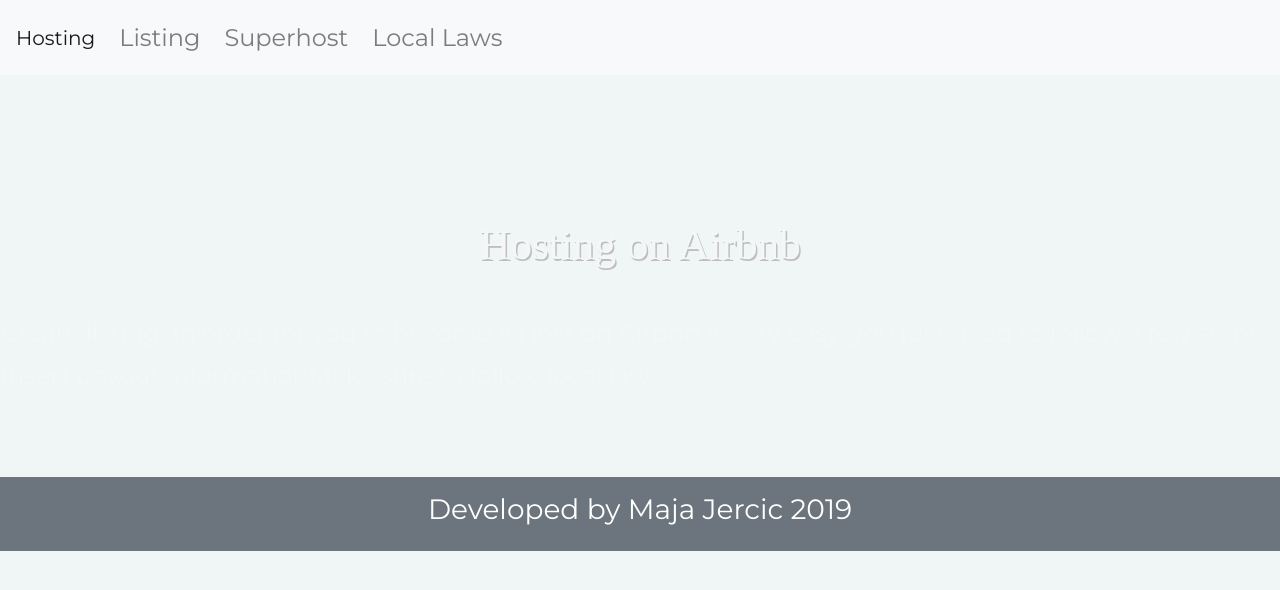
Repository: Maja-Jer/Hosting-on-Airbnb
Page: index.html
The author's editor kept a record of every edit. The page is drawn from the files as they stood at one moment, then again after the next edit.
The browser window is 1280 px wide. The pictures show the whole page.
Some web libraries are served in a nearby version.

Above is the page before.
Console error: TypeError: Cannot read properties of undefined (reading 'fn')

### index.html
<!DOCTYPE html>
<html lang="en">

<head>
    <meta charset="UTF-8">
    <meta name="viewport" content="width=device-width, initial-scale=1">
    <meta http-equiv="X-UA-Compatible" content="ie=edge">
    <link rel="stylesheet" href="https://stackpath.bootstrapcdn.com/bootstrap/4.3.1/css/bootstrap.min.css" integrity="sha384-ggOyR0iXCbMQv3Xipma34MD+dH/1fQ784/j6cY/iJTQUOhcWr7x9JvoRxT2MZw1T" crossorigin="anonymous">
    <script src="https://stackpath.bootstrapcdn.com/bootstrap/4.3.1/js/bootstrap.min.js" integrity="sha384-JjSmVgyd0p3pXB1rRibZUAYoIIy6OrQ6VrjIEaFf/nJGzIxFDsf4x0xIM+B07jRM" crossorigin="anonymous"></script>
    <link rel="stylesheet" href="https://use.fontawesome.com/releases/v5.6.1/css/all.css" integrity="sha384-gfdkjb5BdAXd+lj+gudLWI+BXq4IuLW5IT+brZEZsLFm++aCMlF1V92rMkPaX4PP" crossorigin="anonymous">
    <link href="https://fonts.googleapis.com/css?family=Montserrat" rel="stylesheet">
    <link rel="stylesheet" href="style.css" type="text/css" />
    <title>Hosting on Airbnb</title>
</head>

<body>

    <!---------------Navgation-------->
    <nav class="navbar navbar-light bg-light navbar-expand-sm">
         <a href="/" class="navbar-brand">Hosting</a>

        <!---------------Dropdown menu-------->
        <button class="navbar-toggler ml-auto" type="button" data-toggle="collapse" data-target="#navbarNavDropdown" aria-controls="navbarNavDropdown" aria-expanded="false" aria-label="Toggle navigation">
        <span class="navbar-toggler-icon"></span></button>

        <div class="collapse navbar-collapse" id="navbarNavDropdown">
            <ul class="navbar-nav mr-auto">
                <li class="nav-item mr-2"><a class="nav-link" href="#listing">Listing</a></li>
                <li class="nav-item mr-2"><a class="nav-link" href="#superhost">Superhost</a></li>
                <li class="nav-item mr-2"><a class="nav-link" href="#local-laws">Local Laws</a></li>

            </ul>
        </div>

    </nav>


<main>
    <section class= "wrapper">
        <div class="container-fluid p-0">
            <div class="row justify-content-center">
                <header>
                    <h1 class="text-center mt-4">Hosting on Airbnb</h1>
                </header>
                <ul>
                    In order for you to become a Host on Airbnb is very easy, you just need to follow a few steps:
                    <li>Create listing</li>
                    <li>Insert payout information</li>
                    <li>Make sure to follow local laws</li>
                </ul>
            </div>
        </div>

    </section>



</main>
<footer class= "bg-secondary mt-5 p-3">
    <div class= "container-fluid">
        <div class= "col-12 text-white">
            <h3>Developed by Maja Jercic 2019</h3>
        </div>
    </div>

</footer>




    <script src="https://code.jquery.com/jquery-3.3.1.slim.min.js" integrity="sha384-q8i/X+965DzO0rT7abK41JStQIAqVgRVzpbzo5smXKp4YfRvH+8abtTE1Pi6jizo" crossorigin="anonymous"></script>
    <script src="https://cdnjs.cloudflare.com/ajax/libs/popper.js/1.14.7/umd/popper.min.js" integrity="sha384-UO2eT0CpHqdSJQ6hJty5KVphtPhzWj9WO1clHTMGa3JDZwrnQq4sF86dIHNDz0W1" crossorigin="anonymous"></script>

    </div>
    </main>
    <script src="https://stackpath.bootstrapcdn.com/bootstrap/4.3.1/js/bootstrap.min.js" integrity="sha384-JjSmVgyd0p3pXB1rRibZUAYoIIy6OrQ6VrjIEaFf/nJGzIxFDsf4x0xIM+B07jRM" crossorigin="anonymous"></script>



</body>

</html>

### style.css
article, aside, figcaption, figure, footer, header, hgroup, main, nav, section {
    display: block;
}

body {
  font: 20px Montserrat, sans-serif;
  line-height: 1.8;
  color: #f5f6f7;
  background-color: #f0f5f5;
  text-align: center;
  font-weight: 400;

}

/*----------------------- header*/

head {
  font-family: 'Roboto', sans-serif;
}



/*----------------------navigation bar*/

ul {
  list-style-type: none;
  margin: 0;
  padding: 0;
  overflow: hidden;
  font-weight: normal;
  font-size: 24px;
}

li {
  float: left;
}

navbar {
  color: #FF5A5F;

}

li a {
  display: block;
  color: white;
  text-align: center;
  padding: 14px 16px;
  text-decoration: none;

}

li a:hover {
  background-color: #FF5A5F;
  color: white;
  text-decoration: none;
  font-weight: bold;
}

/*---------------------end of navigation bar*/


/*---------------------main*/
.wrapper {
    padding: 1rem 1rem 2rem 1rem;
    margin-top: 56px;
}

.p-0 {
    padding: 0!important;
}

.container-fluid {
    width: 100%;
    padding-right: 15px;
    padding-left: 15px;
    margin-right: auto;
    margin-left: auto;
}

.row {
    margin: 0;
}

.justify-content-center {
    -ms-flex-pack: center!important;
    justify-content: center!important;
}

.row {
    display: -ms-flexbox;
    display: flex;
    -ms-flex-wrap: wrap;
    flex-wrap: wrap;
    margin-right: -15px;
    margin-left: -15px;
}

.text-left {
    text-align: left!important;
}

.p-0 {
    padding: 0!important;
}

.col-12 {
    -ms-flex: 0 0 100%;
    flex: 0 0 100%;
    max-width: 100%;
}


.text-center {
    text-align: center!important;
}

.mt-4, .my-4 {
    margin-top: 1.5rem!important;
}

@media screen and (max-width: 575.9px)
h1 {
    font-size: 2.2rem;
    padding-top: 1.5rem;
    padding-bottom: 1rem;
}

h1 {
    font-family: 'Caveat Brush', cursive;
    font-size: 2.7rem;
    padding-top: 3rem;
    padding-bottom: 2rem;
    text-shadow: 1.5px 1.5px #9c9c9c99;
}


.intro {
    font: #808080;
    font-size: 2em;
}




/*---------------------footer*/

.p-3 {
    padding: 1rem!important;
}

.mt-5, .my-5 {
    margin-top: 3rem!important;
}

After the next edit:
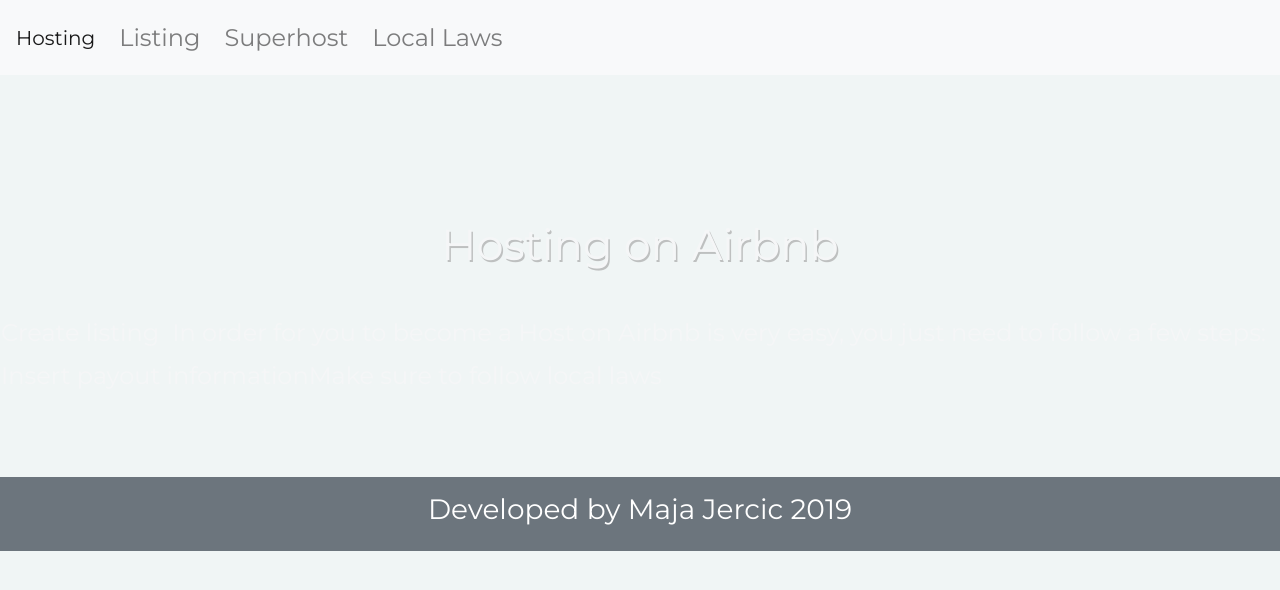
The edit:
--- a/style.css
+++ b/style.css
@@ -126,7 +126,6 @@
 }
 
 h1 {
-    font-family: 'Caveat Brush', cursive;
     font-size: 2.7rem;
     padding-top: 3rem;
     padding-bottom: 2rem;
